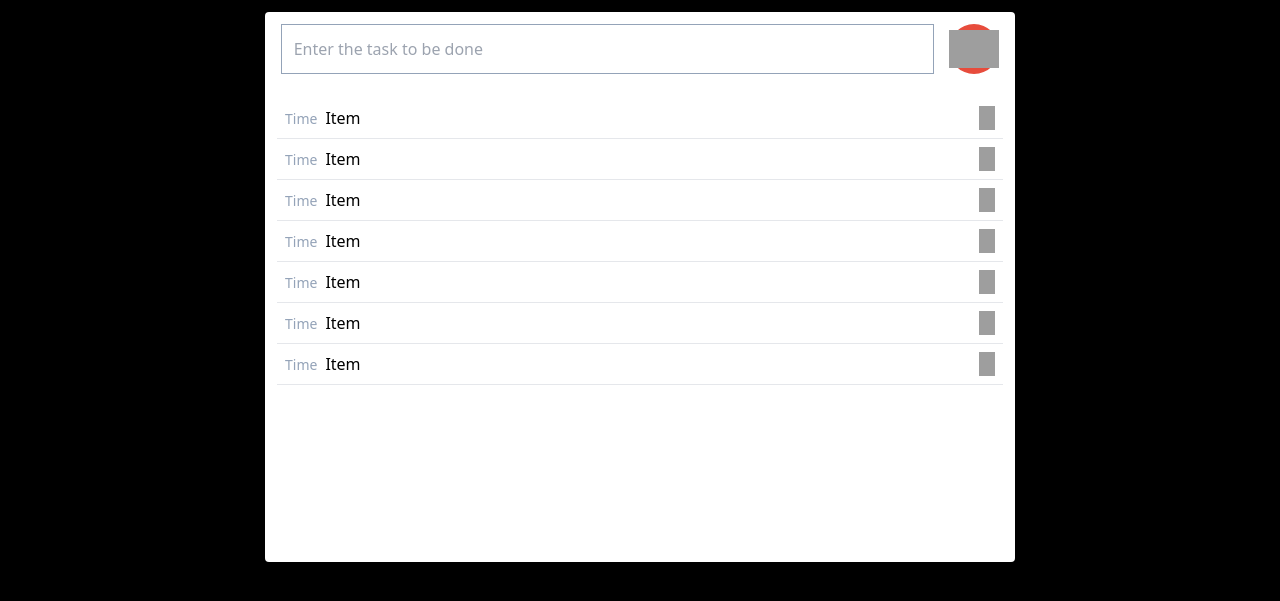
Repository: duttasayan835/todo-app-with-React-and-tailwind-CSS
Page: /, after clicking the first element matching `div.cursor-pointer`
The author's editor kept a copy of each file at every save. The page is drawn from the files as they stood at one save, then again after the next save.
The browser window is 1280 px wide. The pictures show the whole page.
Pictures or frames that could not be fetched are drawn as grey boxes. The project was rebuilt for these pictures with package versions that can differ from the ones it lists, and the page was loaded fresh each time.

Above is the page before, as saved 2024-06-12 13:10:51.

### src/App.js
import Box from "./Components/Box";
import Input from "./Components/Input";

function App() {
  return (
    <div className="h-screen p-3 bg-black ">
      <div className="max-w-[750px] min-h-[550px] shadow-2xl bg-white mx-auto rounded">
        <Input />
        <Box />
      </div>
    </div>
  );
}
export default App;

### src/Components/Box.jsx
import React from "react";
import Item from "./Item";

export default function Box() {
  return (
    <div className="p-3">
      <Item />
      <Item />
      <Item />
      <Item />
      <Item />
      <Item />
      <Item />
    </div>
  );
}

### src/Components/Input.jsx
import React from "react";

export default function Input() {
  return (
    <div className="flex justify-around gap-2 p-3">
      <input
        placeholder="Enter the task to be done"
        className=" w-[90%] p-3 border border-slate-400 focus:outline-none"
        type="text"
        aria-label="INPUT-TASK"
      />
      <div className="cursor-pointer w-[50px] h-[50px] bg-[#e74c3c] text-white text-3xl rounded-[50%] flex justify-center items-center ">
        <img
          src="https://cdn4.iconfinder.com/data/icons/ios-optimized-1/30/add__create__new__addition__buttons__more__round-1024.png"
          alt="add"
        />
      </div>
    </div>
  );
}

### src/Components/Item.jsx
import React from "react";

export default function Item() {
  return (
    <div className="flex justify-between w-full p-2 border-b">
      <div className="">
        <span className="pr-2 text-[14px] text-slate-400">Time</span>
        <span>Item</span>
      </div>
      <div className="bg-[#e74c3d] flex items bg-center ">
        <img
          className="w-4"
          src="https://icon-library.com/images/trash-icon-vector/trash-icon-vector-19.jpg"
          alt="trash"
        />
      </div>
    </div>
  );
}

Loaded but not shown: public/index.html (common file); src/index.js (common file); src/index.css (common file); src/reportWebVitals.js (common file); tailwind.config.js (common file)

After the next save:
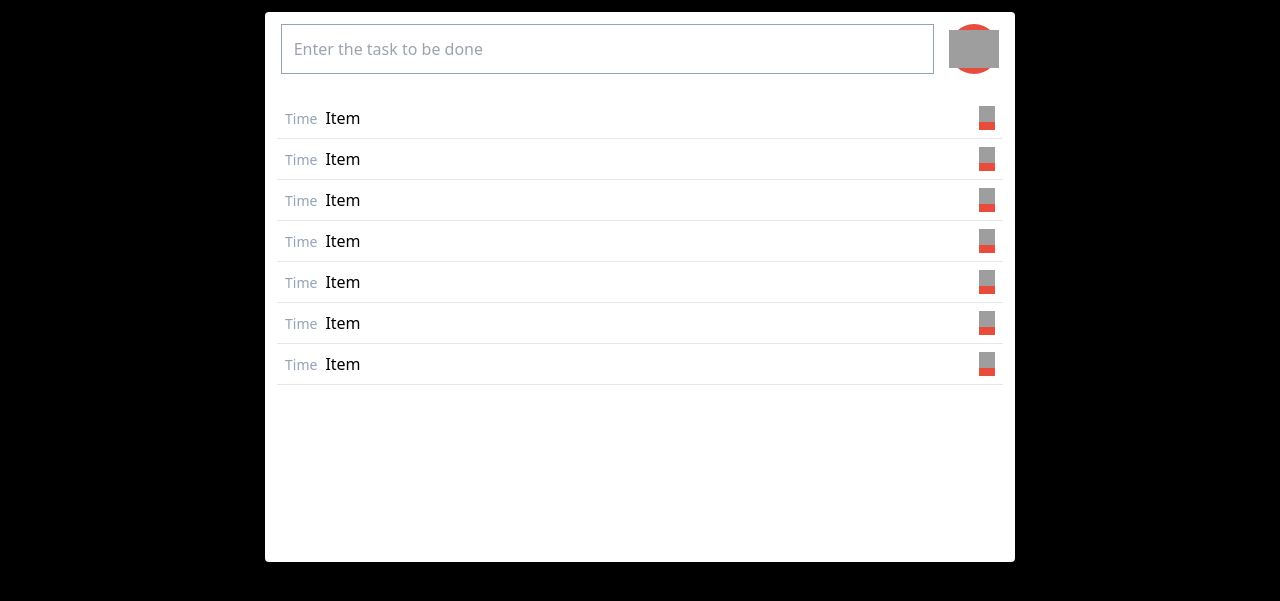
Saved 6 s later.
--- a/src/Components/Item.jsx
+++ b/src/Components/Item.jsx
@@ -9,7 +9,7 @@ export default function Item() {
       </div>
       <div className="bg-[#e74c3d] flex items bg-center ">
         <img
-          className="w-4"
+          className="w-4 h-4"
           src="https://icon-library.com/images/trash-icon-vector/trash-icon-vector-19.jpg"
           alt="trash"
         />
